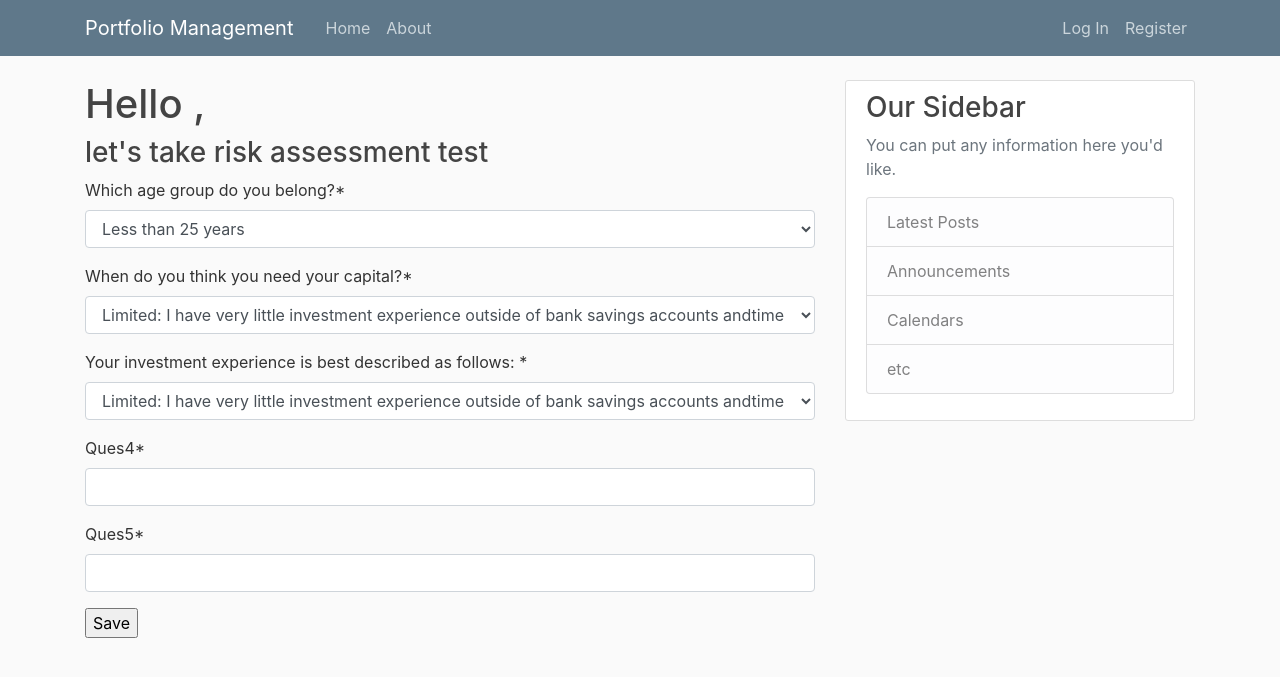
Repository: rahulsolankib/portfolio
Page: http://localhost/questions/
An editor plug-in stored every save of this project. The page is shown before and after the next save, followed by the edit.
The browser window is 1280 px wide. The pictures show the whole page.
The page is served by the project's application, run on Django 3.2 (manage.py).

Above is the page before, as saved 2020-10-20 00:39:53.

After the next save:
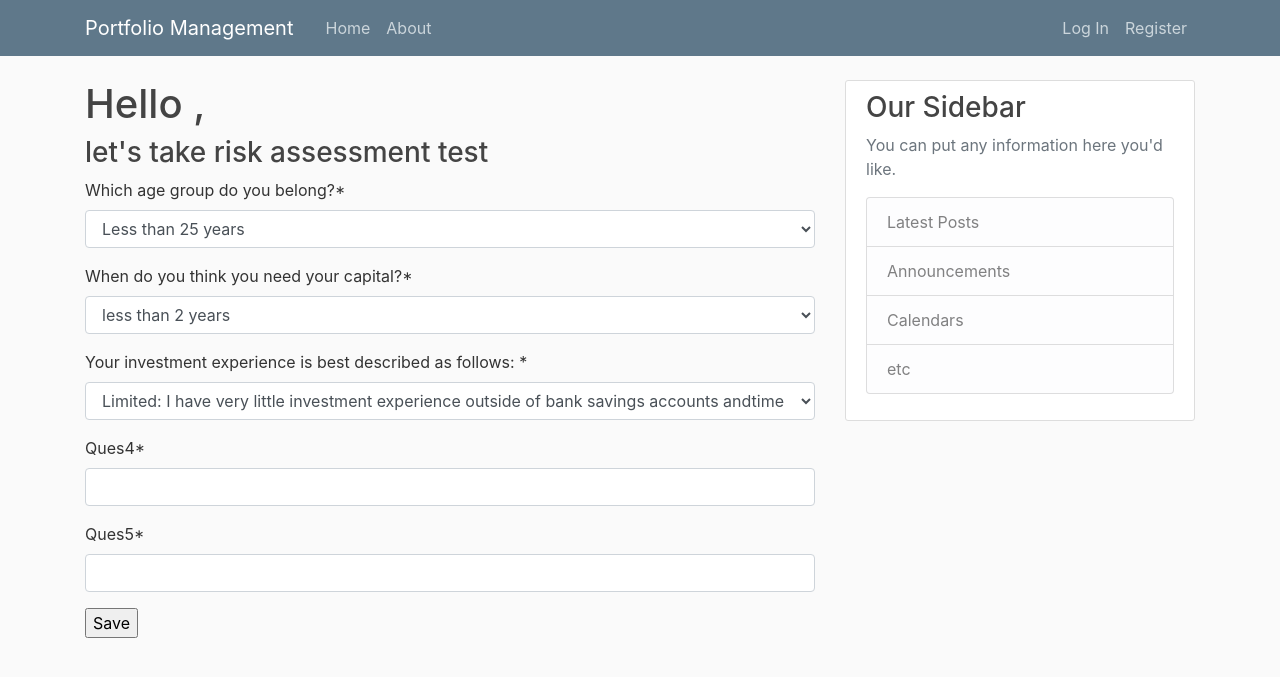
Saved 26 s later.
--- a/riskCalculator/forms.py
+++ b/riskCalculator/forms.py
@@ -17,7 +17,7 @@ class QForm(forms.Form):
             ,(3,'more than 5 years')
     )
 
-    returnyear_group=(
+    experience_group=(
             (1,'Limited: I have very little investment experience outside of bank savings accounts andtime deposits. Slightly related')
             ,(2,'2-5 years')
             ,(3,'more than 5 years')
@@ -25,7 +25,7 @@ class QForm(forms.Form):
 
     ques1 = forms.TypedChoiceField(label='Which age group do you belong?',choices=age_group, coerce=int, initial=4)
     ques2 = forms.TypedChoiceField(label='When do you think you need your capital?',choices=returnyear_group, coerce=int, initial=1)
-    ques3 = forms.TypedChoiceField(label='Your investment experience is best described as follows: ',choices=returnyear_group, coerce=int, initial=1)
+    ques3 = forms.TypedChoiceField(label='Your investment experience is best described as follows: ',choices=experience_group, coerce=int, initial=1)
     ques4 = forms.CharField()
     ques5 = forms.CharField()
 
